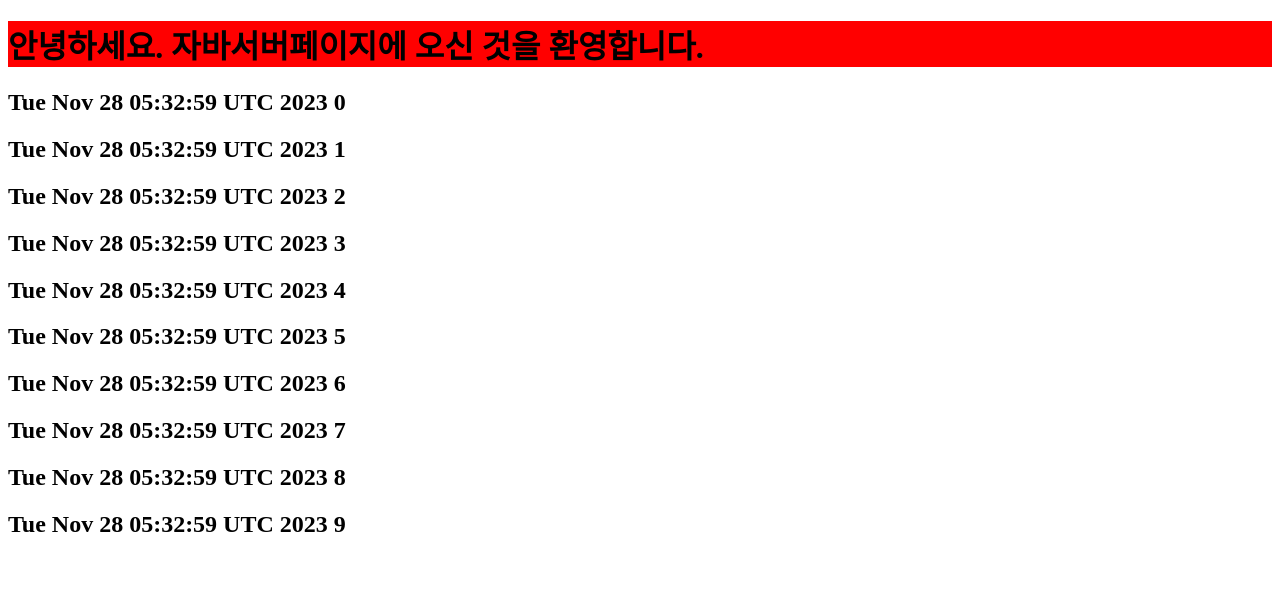
Repository: jinhanP/JSPtest
Page: http://localhost/jsptest/wlecome.jsp
These files come from the project's save history. The page is drawn as it stood at one moment and after the next save; the edit follows.
The browser window is 1280 px wide. The pictures show the whole page.
The page is served by Tomcat 10. Other server files are loaded and not shown.

Above is the page before, as saved 2023-11-28 05:57:17.

### jsptest/src/main/webapp/wlecome.jsp
<%@page import="java.util.Date"%>
<%@ page language="java" contentType="text/html; charset=UTF-8"
    pageEncoding="UTF-8"%>
<!DOCTYPE html>
<html>
<head>
<meta charset="UTF-8">
<title>Insert title here</title>
<link rel="stylesheet" href="./css/min.css">
<!-- <style type="text/css">
	h1 {
	 	color: red;
	}
</style> -->
<%
	Date date = new Date();
	String displayDate = date.toString();
%>
</head>
<body>
 <div>
    <h1>안녕하세요. 자바서버페이지에 오신 것을 환영합니다.</h1>
   </div>
    <%	for (int i = 0; i < 10; i++) {	%>
    <h2><%=displayDate + " " + i%></h2>
    <% } %>
</body>
</html>

### jsptest/src/main/webapp/css/min.css
@charset "UTF-8";
h1{
	background-color: red;
}

After the next save:
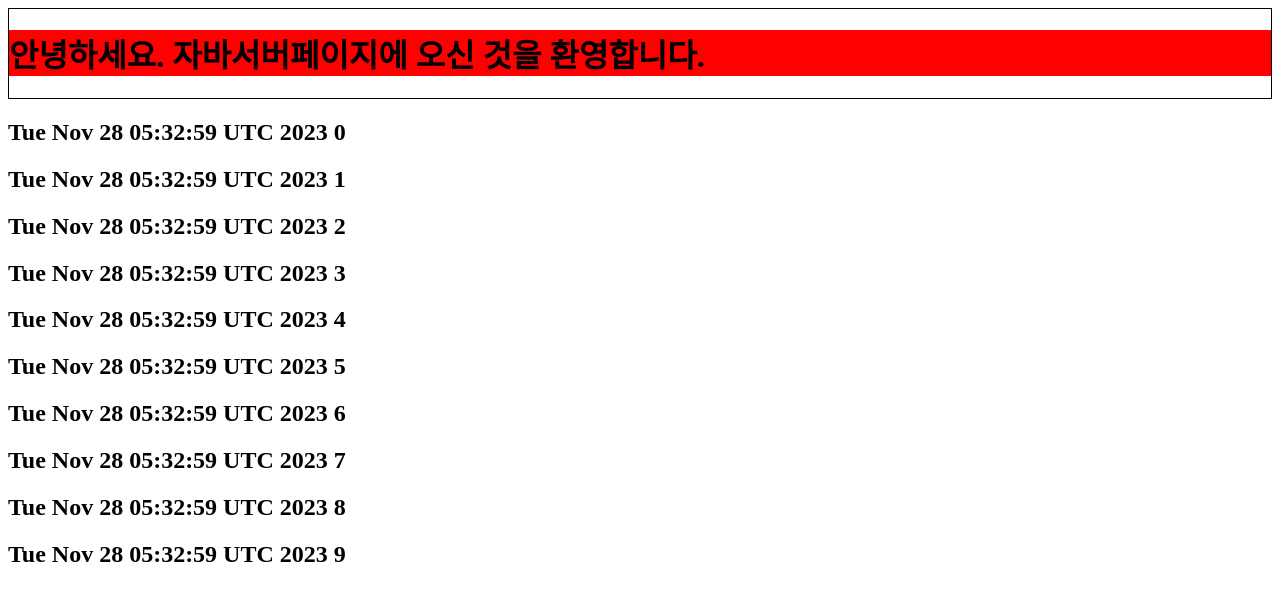
Saved 22 s later.
--- a/jsptest/src/main/webapp/css/min.css
+++ b/jsptest/src/main/webapp/css/min.css
@@ -2,3 +2,7 @@
 h1{
 	background-color: red;
 }
+
+div{
+	border: 1px solid black;
+}

After the save that followed:
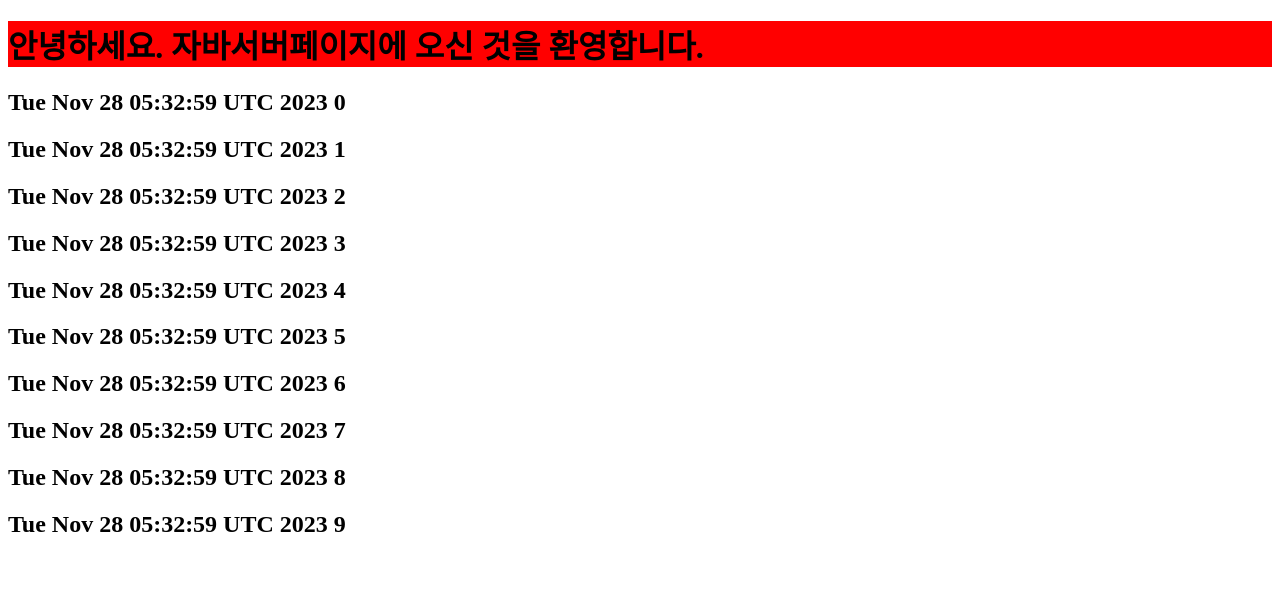
Saved 3 min 22 s later.
--- a/jsptest/src/main/webapp/css/min.css
+++ b/jsptest/src/main/webapp/css/min.css
@@ -2,7 +2,3 @@
 h1{
 	background-color: red;
 }
-
-div{
-	border: 1px solid black;
-}
